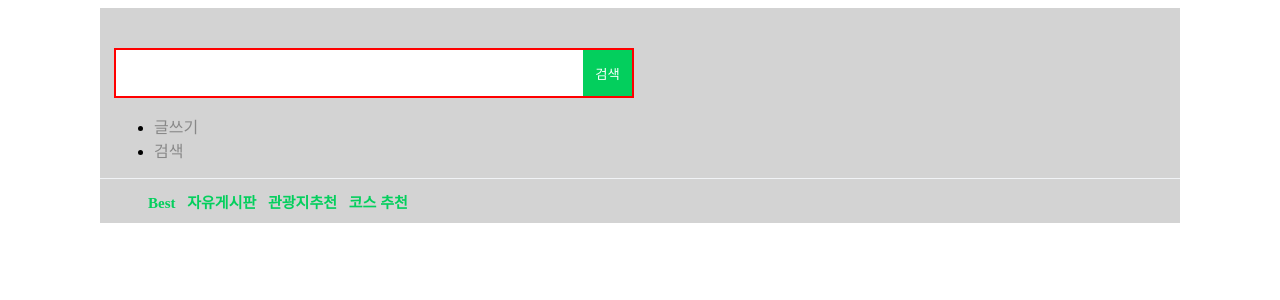
Repository: HJCroCat/project4
Page: http://localhost/koravle/boardMain.jsp
These files come from the project's save history. The page is drawn as it stood at one moment and after the next save; the edit follows.
The browser window is 1280 px wide. The pictures show the whole page.
The page is served by Tomcat 9. Nobody is signed in. The application's start-up code is not run.

Above is the page before, as saved 2021-12-10 10:22:22.

After the next save:
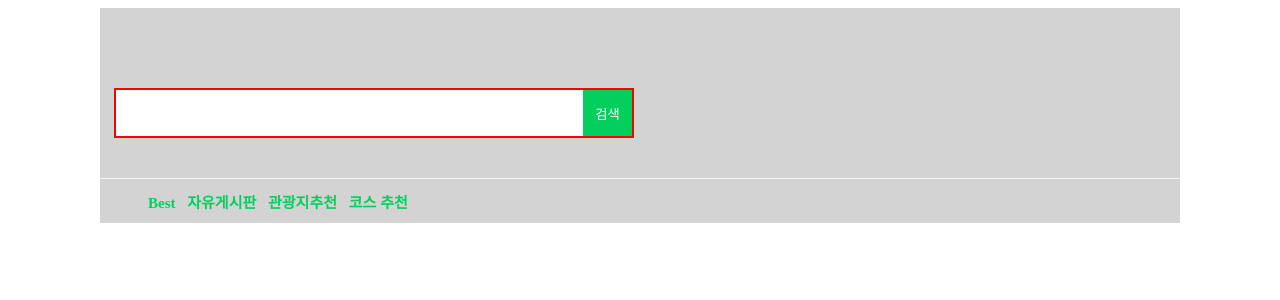
Saved 19 s later.
--- a/koravle/koravle/src/main/webapp/boardMain.jsp
+++ b/koravle/koravle/src/main/webapp/boardMain.jsp
@@ -21,10 +21,6 @@
 	            	검색
 	          </button>
 	        </div>
-	        <ul>
-	            <li><a href="/">글쓰기</a></li>
-	            <li><a href="/">검색</a></li>
-            </ul>
 	      </fieldset>
 	    </form>
 		<nav>
